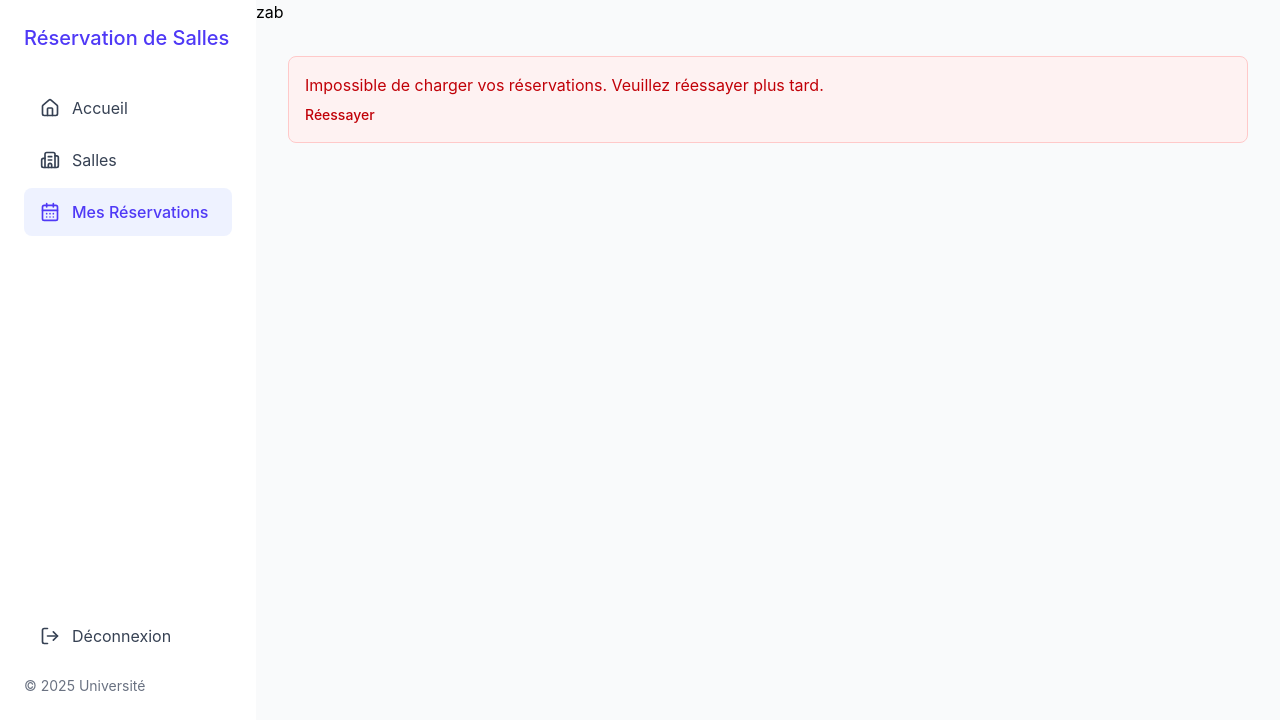
Repository: alaouii1/reservation-salles-front-V0.0.1
Page: /reservations
The author's editor kept a copy of each file at every save. The page is drawn from the files as they stood at one save, then again after a run of saves.
The browser window is 1280 px wide. The pictures show the whole page.
The page's requests for data from a server got no answer. The project was rebuilt for these pictures with package versions that can differ from the ones it lists, and the page was loaded fresh each time. No one was signed in, and anything a server would have sent is missing. Also part of the build but not shown: vite.config.ts, src/components/ProchaineReservation.tsx, src/pages/Home.tsx, src/services/salleService.ts, src/pages/Rooms.tsx.

Above is the page before, as saved 2025-04-24 15:00:54.

After the next 5 saves:
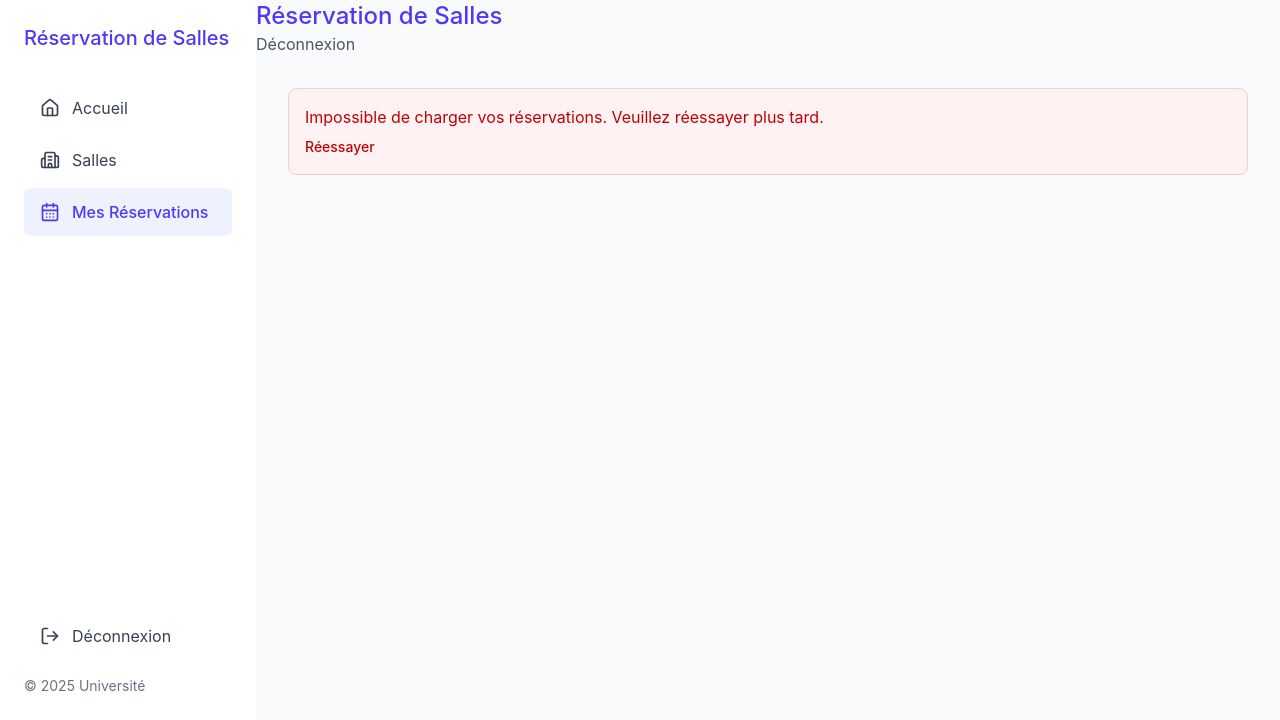
The 5 saves are shown as one change because 2 did not build or start and some came seconds apart.
The last was saved 36 s later.
--- a/src/components/Layout.tsx
+++ b/src/components/Layout.tsx
@@ -12,7 +12,9 @@ const Layout: React.FC = () => {
     <div className="min-h-screen bg-gray-50 flex">
       <Sidebar />
       <div className="flex-1">
-        zab
+
+          <h1 className="text-2xl font-medium text-indigo-600">Réservation de Salles</h1>
+          <button className="text-gray-600 hover:text-gray-800">Déconnexion</button>
         <Outlet />
       </div>
     </div>
